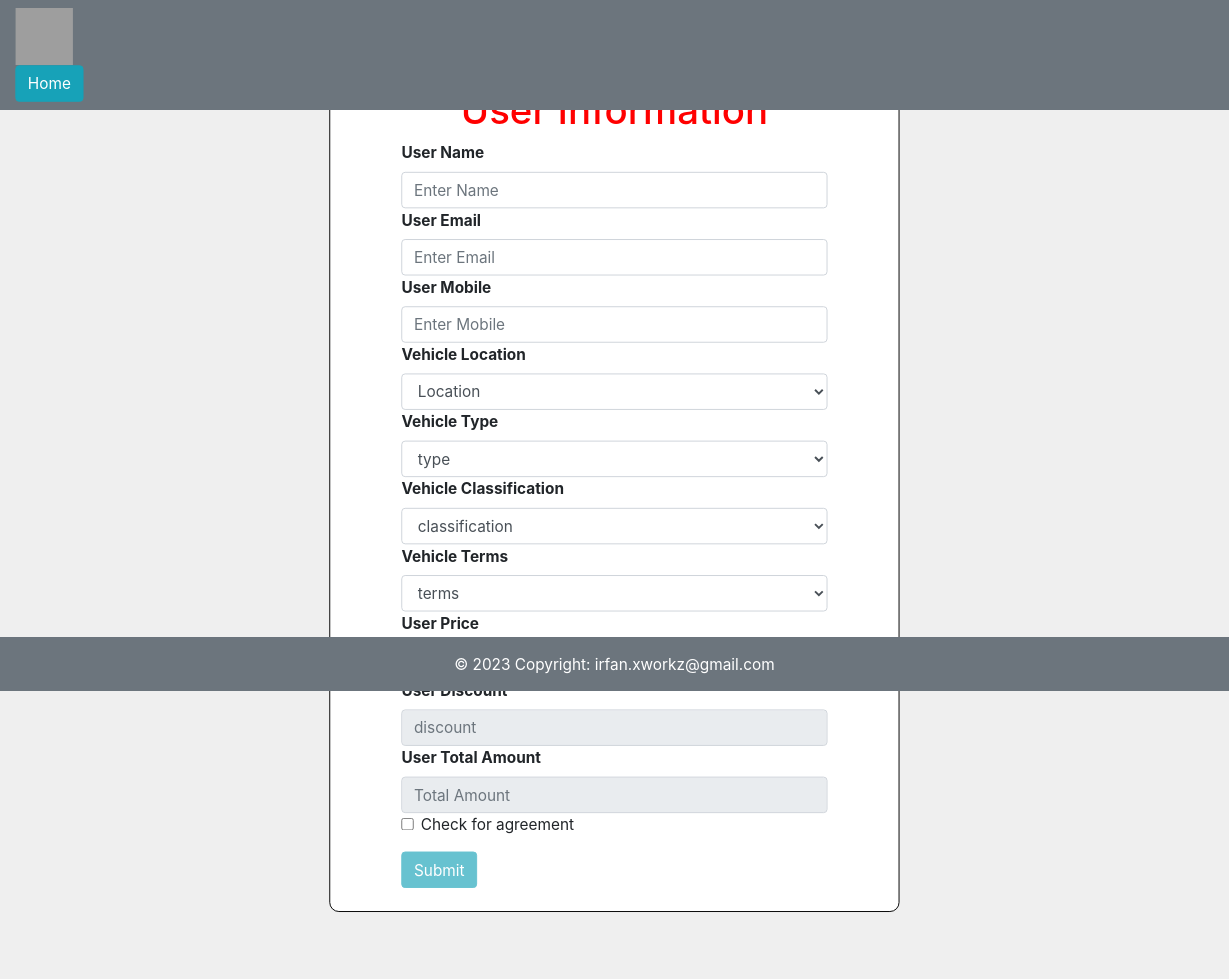
Repository: irfanxworkz/Project
Page: http://localhost/parking/UserInfo.jsp
The author's editor kept a copy of each file at every save. The page is drawn from the files as they stood at one save, then again after the next save.
The browser window is 1280 px wide. The pictures show the whole page, at 96% of full size.
Pictures or frames that could not be fetched are drawn as grey boxes. The page is served by Tomcat 9.

Above is the page before, as saved 2023-07-09 22:14:36.
Console error: SyntaxError: Unexpected token 'else'

After the next save:
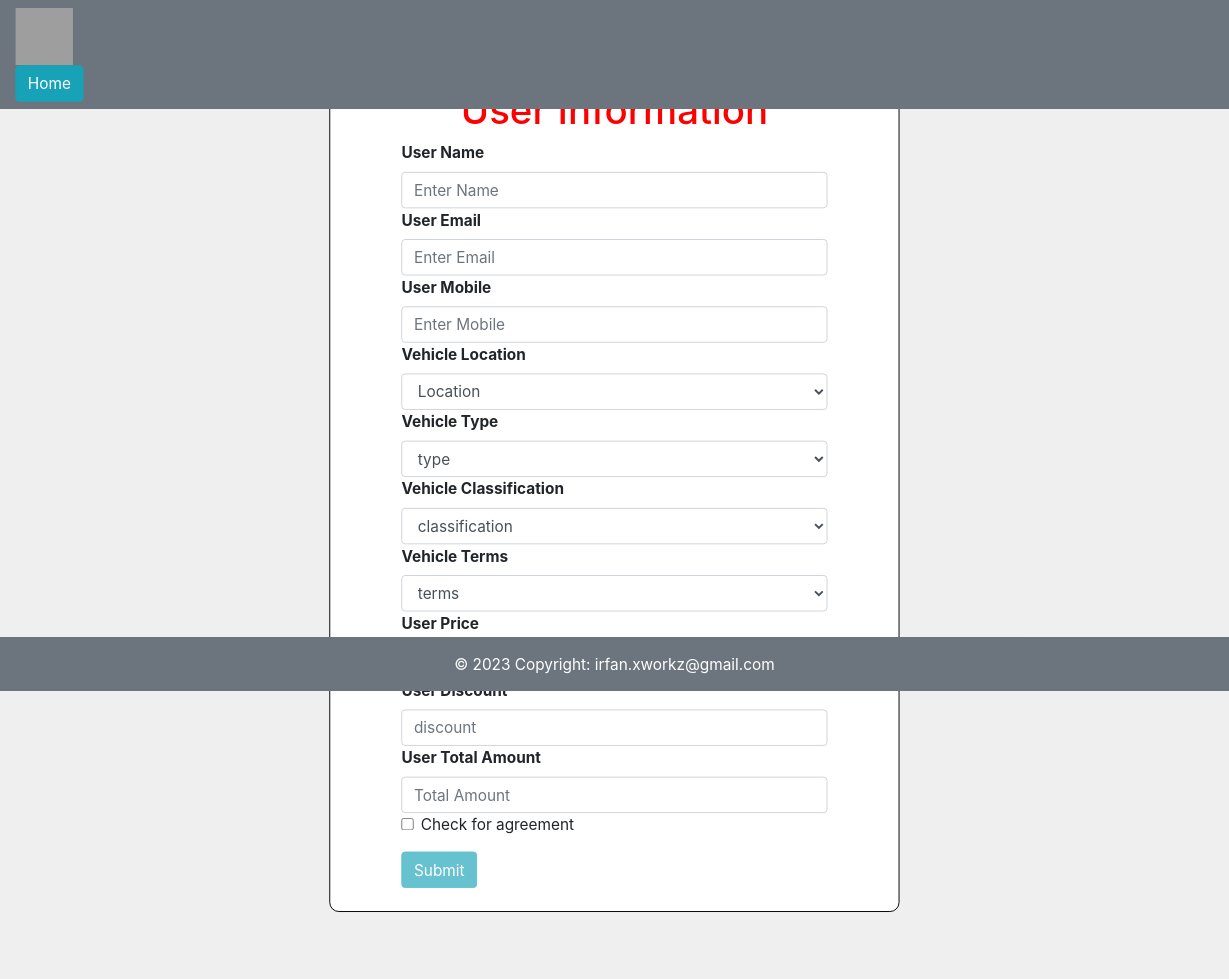
Saved 94 s later.
--- a/parking/src/main/webapp/UserInfo.jsp
+++ b/parking/src/main/webapp/UserInfo.jsp
@@ -137,11 +137,11 @@
 					<option value="365-day">365-Days</option>
 					</select>
 			<label for="price"><b> User Price</b></label>
-					<input type="text" name="price" class="form-control" placeholder="price" id="price" readonly="readonly">
+					<input type="text" name="price" class="form-control" placeholder="price" id="price">
 			<label for="discount"><b>User Discount</b></label>
-					<input type="text" name="discount" class="form-control" placeholder="discount" id="discount" readonly="readonly">
+					<input type="text" name="discount" class="form-control" placeholder="discount" id="discount">
 			<label for="totalAmount"><b>User Total Amount</b></label>
-					<input type="text" name="totalAmount" class="form-control" placeholder="Total Amount" id="totalAmount" readonly="readonly">
+					<input type="text" name="totalAmount" class="form-control" placeholder="Total Amount" id="totalAmount">
 			<div class="form-group form-check">
 			    <input type="checkbox" class="form-check-input" id="myCheckbox">
 			    <label class="form-check-label" for="myCheckbox">Check for agreement</label>
